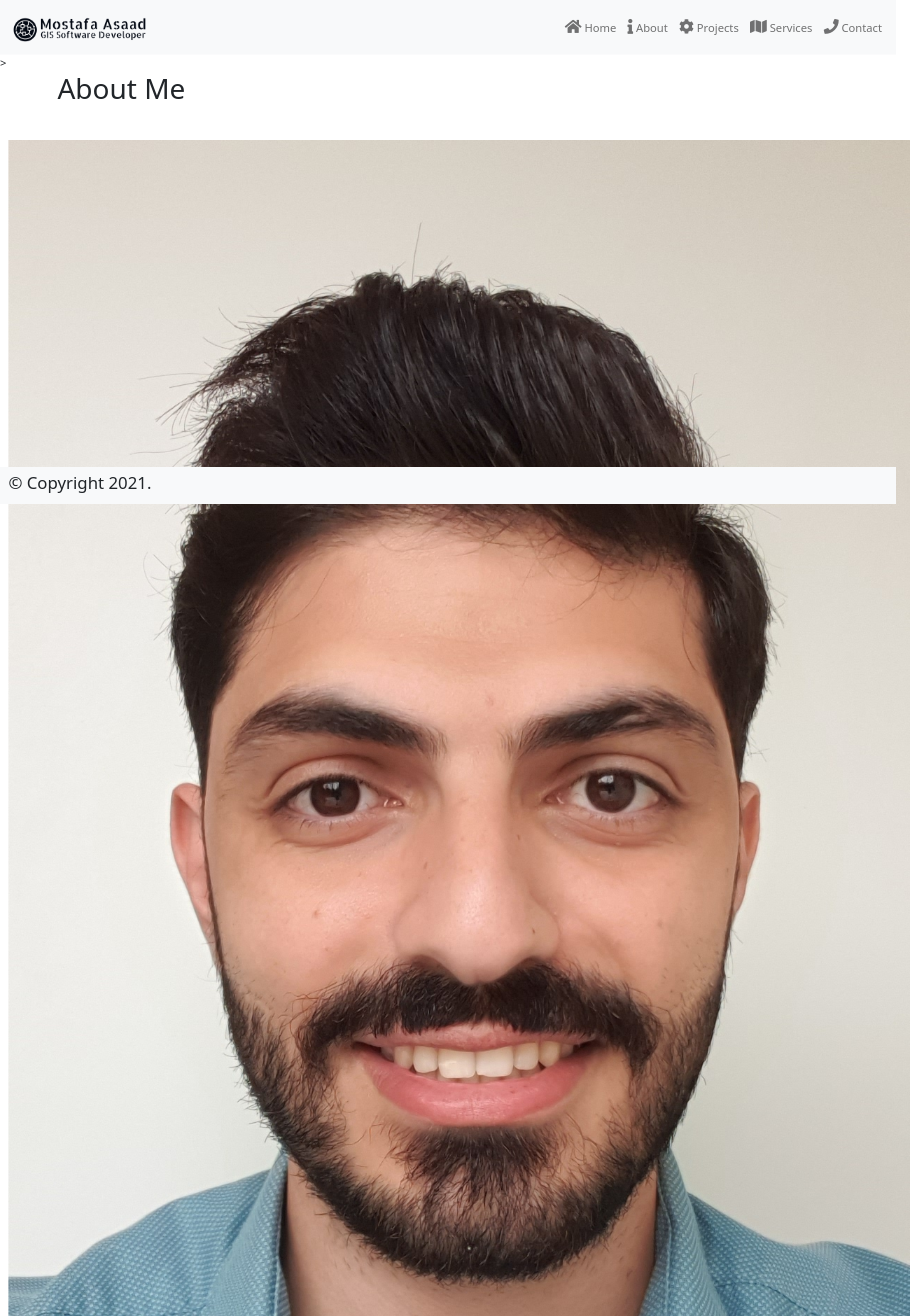
Repository: Mostafa-Asaad/Portfolio
Page: http://localhost/about
These files come from the project's save history. The page is drawn as it stood at one moment and after the next save; the edit follows.
The browser window is 1280 px wide. The page is 1300 px wide, then 1280 px, so the pictures cover 1300 px, including what lies to the right of the window. The pictures show the part of the page from y = 0 to 1880 px (the page is 2840 px tall before and 1462 px after), at 70% of full size.
The page is served by the project's Node server (index.js). Other server files are loaded and not shown.

Above is the page before, as saved 2021-06-04 19:36:29.

### Server/Views/index.ejs
<!DOCTYPE html>
<html lang="en">
<head>
  <meta charset="UTF-8">
  <meta http-equiv="X-UA-Compatible" content="IE=edge">
  <meta name="viewport" content="width=device-width, initial-scale=1.0">
  <title><%= title %></title>
  <!-- CSS Section -->
  <link rel="stylesheet" href="/bootstrap/dist/css/bootstrap.min.css">
  <link rel="stylesheet" href="/@fortawesome/fontawesome-free/css/all.min.css">
  <link rel="stylesheet" href="/Content/app.css">
</head>
<body>
  <!-- Navigation Section -->
 <header>
  <%- include('./components/header.ejs') %>
 </header>

  <!--Main Content-->>
  <main>
    <%- include('./content/' + page + '.ejs') %>
  </main>

  <!-- Bottom Nav -->
  <footer>
    <%- include('./components/footer.ejs') %>
  </footer>

  <!-- JavaScript Section -->
  <script src="/jquery/dist/jquery.min.js"></script>
  <script src="/bootstrap/dist/js/bootstrap.min.js"></script>
  <script src="/Scripts/app.js"></script>
</body>
</html>

### Server/Views/components/header.ejs
<nav class="navbar navbar-expand-lg navbar-light bg-light" >
    <div class="container-fluid">
      <a class="navbar-brand" href="/home"><img src="/Assets/images/Logo.png" width="200"></a>
      <button class="navbar-toggler" type="button" data-bs-toggle="collapse" data-bs-target="#navbarSupportedContent" aria-controls="navbarSupportedContent" aria-expanded="false" aria-label="Toggle navigation">
        <span class="navbar-toggler-icon"></span>
      </button>
      <div class="collapse navbar-collapse" id="navbarSupportedContent">
        <ul class="navbar-nav ms-auto mb-2 mb-lg-0">
          <li class="nav-item">
            <a class="nav-link" href="/home"><i class="fas fa-home fa-lg"></i> Home</a>
          </li>
          <li class="nav-item">
            <a class="nav-link" href="/about"><i class="fas fa-info fa-lg"></i> About</a>
          </li>
          <li class="nav-item">
            <a class="nav-link" href="/projects"><i class="fas fa-cog fa-lg"></i> Projects</a>
          </li>
          <li class="nav-item">
            <a class="nav-link" href="/services"><i class="fas fa-map fa-lg"></i> Services</a>
          </li>
          <li class="nav-item">
            <a class="nav-link" href="/contact"><i class="fas fa-phone fa-lg"></i> Contact</a>
          </li>
        </ul>
      </div>
    </div>
  </nav>

### Server/Views/content/about.ejs
<div class="container" style= "margin-bottom:50px;">
  <h1>About Me</h1>
</div>
<div class="container-fluid">
    <div class="row row-cols-2 row-col-lg-4">
        <div class="col-2">
            <img class="img-responsive" src="/Assets/images/Portrait.jpg" alt="Portrait image">
        </div>
    </div>
</div>

### Server/Views/components/footer.ejs
<nav class="navbar fixed-bottom navbar-light bg-light">
    <div class="container-fluid">
      <h4>&copy; Copyright 2021.</h4>
    </div>
  </nav>

### index.js
#!/usr/bin/env node
"use strict";
var __importDefault = (this && this.__importDefault) || function (mod) {
    return (mod && mod.__esModule) ? mod : { "default": mod };
};
Object.defineProperty(exports, "__esModule", { value: true });
const app_1 = __importDefault(require("./Server/Config/app"));
const debug_1 = __importDefault(require("debug"));
debug_1.default('week-4d:server');
const http_1 = __importDefault(require("http"));
let port = normalizePort(process.env.PORT || '3000');
app_1.default.set('port', port);
let server = http_1.default.createServer(app_1.default);
server.listen(port);
server.on('error', onError);
server.on('listening', onListening);
function normalizePort(val) {
    let port = parseInt(val, 10);
    if (isNaN(port)) {
        return val;
    }
    if (port >= 0) {
        return port;
    }
    return false;
}
function onError(error) {
    if (error.syscall !== 'listen') {
        throw error;
    }
    var bind = typeof port === 'string'
        ? 'Pipe ' + port
        : 'Port ' + port;
    switch (error.code) {
        case 'EACCES':
            console.error(bind + ' requires elevated privileges');
            process.exit(1);
            break;
        case 'EADDRINUSE':
            console.error(bind + ' is already in use');
            process.exit(1);
            break;
        default:
            throw error;
    }
}
function onListening() {
    let addr = server.address();
    let bind = typeof addr === 'string'
        ? 'pipe ' + addr
        : 'port ' + addr.port;
    debug_1.default('Listening on ' + bind);
}
//# sourceMappingURL=index.js.map

### Server/Routes/index.js
"use strict";
var __importDefault = (this && this.__importDefault) || function (mod) {
    return (mod && mod.__esModule) ? mod : { "default": mod };
};
Object.defineProperty(exports, "__esModule", { value: true });
const express_1 = __importDefault(require("express"));
const router = express_1.default.Router();
exports.default = router;
router.get('/', function (req, res, next) {
    res.render('index', { title: 'Home', page: 'home' });
});
router.get('/home', function (req, res, next) {
    res.render('index', { title: 'Home', page: 'home' });
});
router.get('/about', function (req, res, next) {
    res.render('index', { title: 'About Me', page: 'about' });
});
router.get('/projects', function (req, res, next) {
    res.render('index', { title: 'My Projects', page: 'projects' });
});
router.get('/services', function (req, res, next) {
    res.render('index', { title: 'My Services', page: 'services' });
});
router.get('/contact', function (req, res, next) {
    res.render('index', { title: 'Contact me', page: 'contact' });
});
//# sourceMappingURL=index.js.map

### Client/Content/app.css
/* your custom css goes here */

### Client/Scripts/app.js
"use strict";
(function () {
    function Start() {
        console.log("App Started");
    }
    window.addEventListener("load", Start);
})();
//# sourceMappingURL=app.js.map

After the next save:
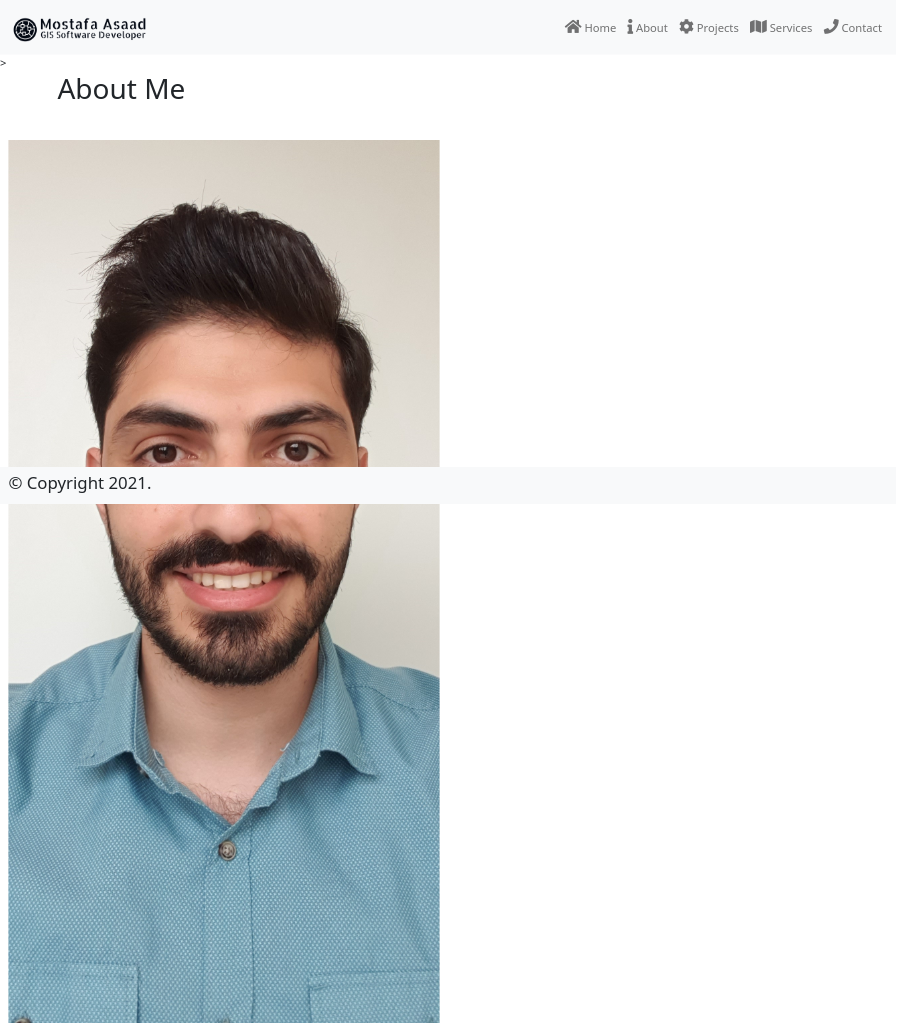
Saved 12 s later.
--- a/Server/Views/content/about.ejs
+++ b/Server/Views/content/about.ejs
@@ -3,7 +3,6 @@
 </div>
 <div class="container-fluid">
     <div class="row row-cols-2 row-col-lg-4">
-        <div class="col-2">
             <img class="img-responsive" src="/Assets/images/Portrait.jpg" alt="Portrait image">
         </div>
     </div>
